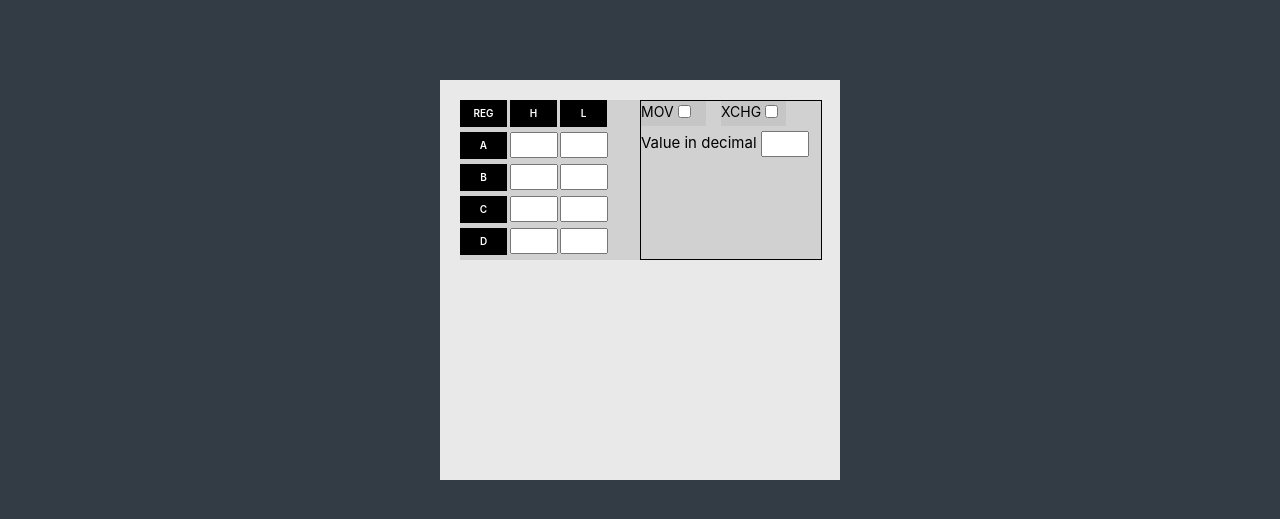
Repository: piookr-wsei/8086
Page: /
These files come from the project's save history. The page is drawn as it stood at one moment and after the next save; the edit follows.
The browser window is 1280 px wide. The pictures show the whole page.
The project was rebuilt for these pictures with package versions that can differ from the ones it lists, and the page was loaded fresh each time.

Above is the page before, as saved 2022-06-18 21:27:46.

After the next save:
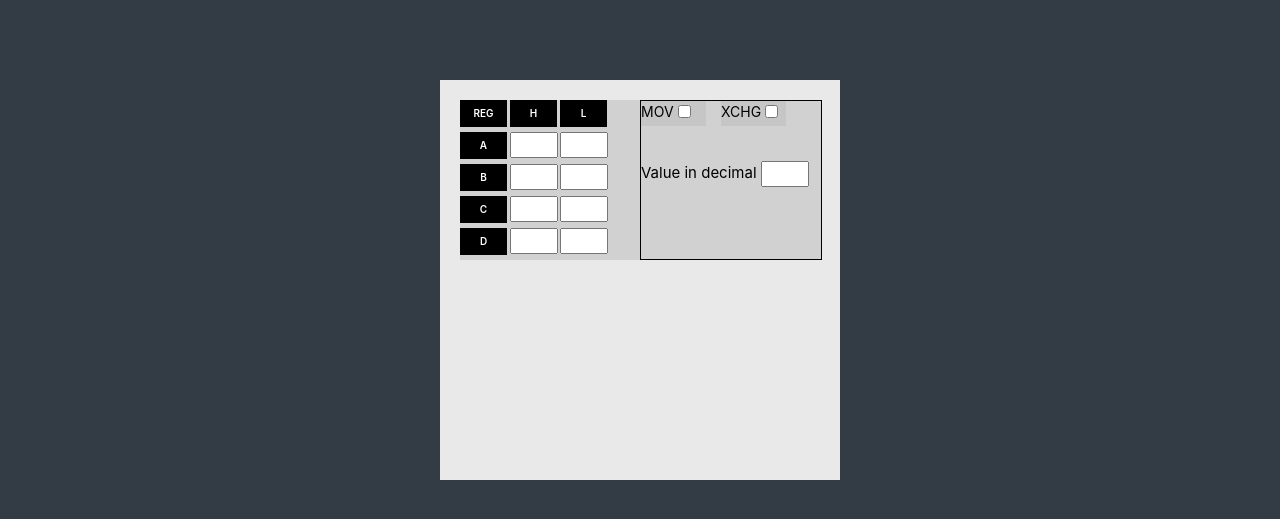
Saved 16 s later.
--- a/src/App.js
+++ b/src/App.js
@@ -1,7 +1,7 @@
 import React from 'react';
 import { useState } from 'react';
 import './App.css';
-import { RegDesc, RegInput, RegWrapper, UiWindow, UiWrapper, SettingsWrapper, Labels, CheckWrapper, OpBox, LineWrap, NumDesc } from './Components/Components.elements';
+import { RegDesc, RegInput, RegWrapper, UiWindow, UiWrapper, SettingsWrapper, Labels, CheckWrapper, OpBox, LineWrap, NumDesc, RegChWrapper } from './Components/Components.elements';
 
 
 function App() {
@@ -68,7 +68,9 @@ function OpChange(){
 
               <OpChange/>
 
+              <RegChWrapper>
 
+              </RegChWrapper>
 
               <LineWrap>
               <NumDesc textContent={"Value in decimal"}/>  <RegInput maxLength={3} style={{width:"40px"}}/>
